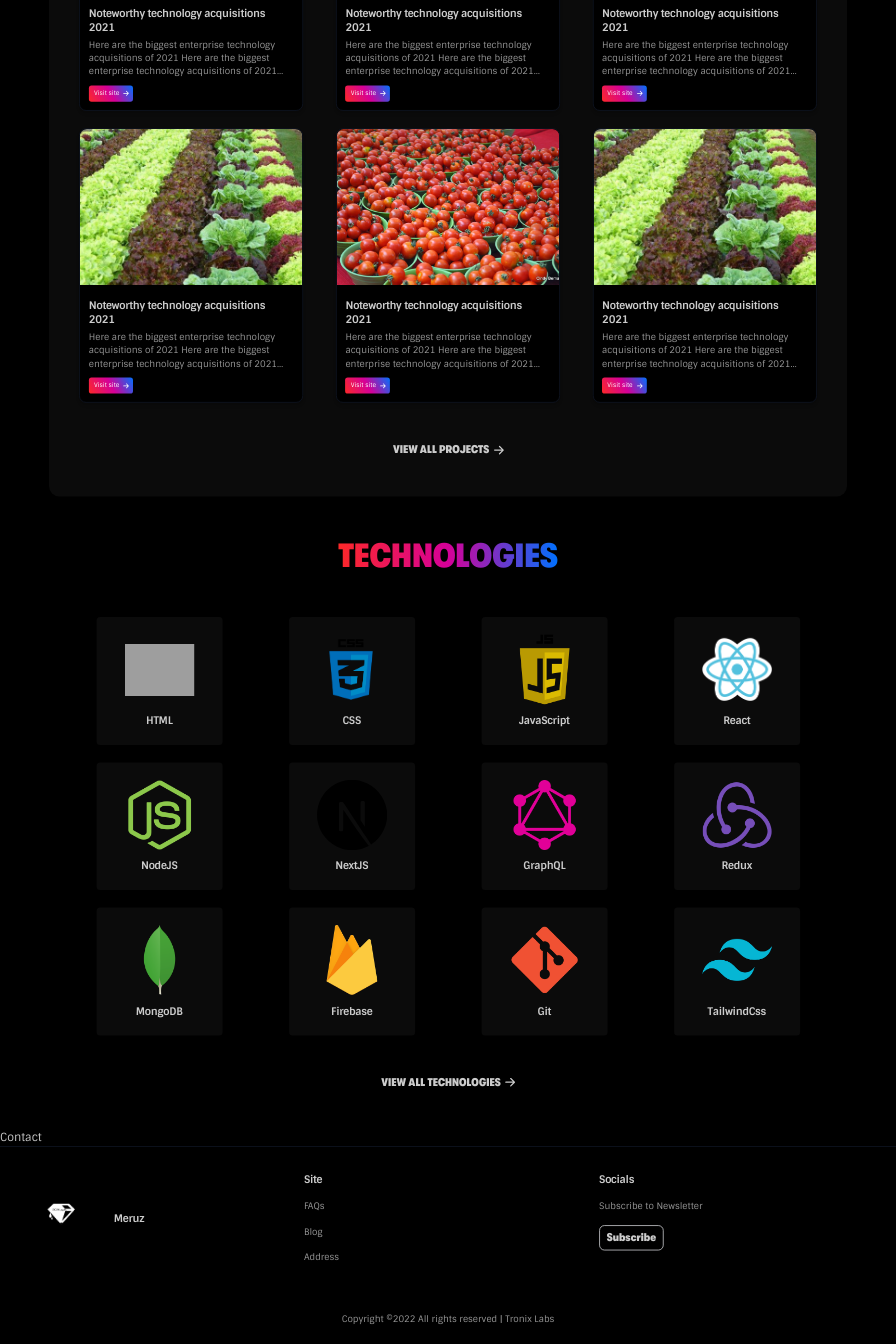
Repository: Ehceyn/ChimeruzeePortfolio
Page: /
These files come from the project's save history. The page is drawn as it stood at one moment and after the next save; the edit follows.
The browser window is 1280 px wide. The pictures show the part of the page from y = 1176 to 3096 px (the page is 3096 px tall), at 70% of full size.
Pictures or frames that could not be fetched are drawn as grey boxes. The project was rebuilt for these pictures with package versions that can differ from the ones it lists, and the page was loaded fresh each time. The framework's server and built-in components were replaced by stand-ins that run in the browser. Also part of the build but not shown: next.config.js, src/components/Timeline/Timeline.js, src/components/Accomplishments/Accomplishments.js.

Above is the page before, as saved 2022-07-05 15:45:23.

### pages/_app.js
import Layout from "../src/components/Layout/Layout";
import "../styles/global.css";

function MyApp({ Component, pageProps }) {
  return (
    <Layout>
      <Component {...pageProps} />
    </Layout>
  );
}

export default MyApp;

### pages/index.js
import MetaHead from "../src/components/MetaHead/MetaHead";
import Header from "../src/components/Header/Header";
import Hero from "../src/components/Hero/Hero";
import Projects from "../src/components/Projects/Projects";
import Technologies from "../src/components/Technologies/Technologies";
import Timeline from "../src/components/Timeline/Timeline";
import Accomplishments from "../src/components/Accomplishments/Accomplishments";
import Contact from "../src/components/Contact/Contact";
import Footer from "../src/components/Footer/Footer";

export default function Home() {
  return (
    <>
      <MetaHead
        title="Chimeruzee | Front-end developer"
        contentKeyword="web development, react development, frontend development, web design, programming"
        contentDescription="A Web designer and developer's portfolio"
      />
      <Header />
      <Hero />
      <Projects />
      <Technologies />
      {/* <Timeline />
      <Accomplishments /> */}
      <Contact />
      <Footer />
    </>
  );
}

### src/components/Layout/Layout.js
import React from "react";

function Layout({ children }) {
  return <>{children}</>;
}

export default Layout;

### styles/global.css
@font-face {
  font-family: GTWalsheimPro;
  src: url(/fonts/GTWalsheimPro-CondensedBlack/GTWalsheimPro-CondensedBlack.ttf); /* IE9 Compat Modes */
  src: url(/fonts/GTWalsheimPro-CondensedBlack/GTWalsheimPro-CondensedBlack.ttf?iefix)
      format("embedded-opentype") /* IE6-IE8 */,
    url(/fonts/GTWalsheimPro-CondensedBlack/GTWalsheimPro-CondensedBlack.woff)
      format("woff") /* Super Modern Browsers */,
    url(/fonts/GTWalsheimPro-CondensedBlack/GTWalsheimPro-CondensedBlack.woff2)
      format("woff2") /* Pretty Modern Browsers */,
    url(/fonts/GTWalsheimPro-CondensedBlack/GTWalsheimPro-CondensedBlack.ttf)
      format("truetype"); /* Safari, Android, iOS */
  font-weight: 900;
  font-style: normal;
}

@font-face {
  font-family: Sintony-Bold;
  src: url(/fonts/Sintony/Sintony-Bold.ttf); /* IE9 Compat Modes */
  font-style: normal;
}

@font-face {
  font-family: Sintony-Regular;
  src: url(/fonts/Sintony/Sintony-Regular.ttf); /* IE9 Compat Modes */
  font-style: normal;
}

@tailwind base;
@tailwind components;
@tailwind utilities;

* {
  box-sizing: border-box;
  margin: 0;
  padding: 0;
}
html {
  font-size: 62.5%;
  scroll-behavior: smooth;
  background: black;
}
body {
  font-family: Sintony-Regular, "Segoe UI", sans-serif;
  font-size: 1.6rem;
  background: black;
  color: #ccc;
  cursor: default;
  max-width: 1700px;
  margin: auto;
}
h1 {
  display: flex;
  align-items: center;
  width: 100%;
  height: fit-content;
  font-size: 5em;
  color: gray;
  background: -webkit-linear-gradient(180deg, #0070fdff, #d50098ff, #fd2828);
  -webkit-background-clip: text;
  -webkit-text-fill-color: transparent;
  flex-wrap: wrap;
}
h2 {
  display: flex;
  align-items: center;
  width: fit-content;
  height: fit-content;
  font-size: 3em;
  color: gray;
  background: -webkit-linear-gradient(180deg, #0070fdff, #d50098ff, #fd2828);
  -webkit-background-clip: text;
  -webkit-text-fill-color: transparent;
  flex-wrap: wrap;
}
h3 {
  font-family: Sintony-Bold, "Segoe UI", sans-serif;
  font-size: 1.3em;
  line-height: 1.2;
  color: #999;
}

h4 {
  font-family: Sintony-Bold, "Segoe UI", sans-serif;
  font-size: 1.3em;
  line-height: 1.2;
}

p {
  font-size: 0.8em;
  color: #999;
  line-height: 1.5;
}

h1,
h2,
h5,
h6,
button {
  font-family: GTWalsheimPro, "Segoe UI", sans-serif;
}

.card-text {
  overflow: hidden;
  text-overflow: ellipsis;
  display: -webkit-box;
  -webkit-line-clamp: 3; /* number of lines to show */
  -webkit-box-orient: vertical;
}

nav .navlinks {
  display: flex;
  align-items: center;
  width: fit-content;
  height: inherit;
  text-transform: uppercase;
  font-size: 12px;
  font-family: Sintony-Bold, "Segoe UI", sans-serif;
  cursor: pointer;
}

nav .navlinks:focus {
  color: #0070fdff;
}

a {
  text-decoration: none;
}
li {
  list-style: none;
}

.sectionStyle {
  display: flex;
  align-items: center;
  width: 100%;
  height: fit-content;
  padding: 30px 100px;
}

/* Linear Gradient background for hero image */
.background {
  background: -webkit-linear-gradient(210deg, #0070fdff, #d50098ff, #fd2828);
}
/* Linear Gradient Border for hero image */
.border-gradient {
  background: linear-gradient(210deg, #0070fdff, #d50098ff, #fd2828) border-box,
    linear-gradient(210deg, #0070fdff, #d50098ff, #fd2828) padding-box;
}

.hero {
  /* position: relative; */
  z-index: 10;
  background-color: rgba(179, 174, 174, 0.562);
}

/* .hero::before {
  content: "";
  background-size: cover;
  position: absolute;
  z-index: -1;
  top: 0px;
  right: 0px;
  bottom: 0px;
  left: 0px;
  opacity: 0.95;
  background: url("/images/meruz-bw.jpg") no-repeat center/cover;
} */

/*
   accent1: "hsl(34.9,98.6%,72.9%)",
    button: "hsl(205.1,100%,36.1%)",
    background2: "hsl(232.7,27.3%,23.7%)", */

### src/components/MetaHead/MetaHead.js
import Head from "next/head";

import React from "react";

function MetaHead(props) {
  return (
    <Head>
      <title>{props.title}</title>
      <meta name="description" content={props.contentKeyword} />
      <meta name="keywords" content={props.contentDescription} />
      <link rel="icon" href="/favicon.ico" />
    </Head>
  );
}

export default MetaHead;

### src/components/Header/Header.js
import React from "react";
import { BsGithub, BsLinkedin, BsTwitter } from "react-icons/bs";

import Image from "next/image";

function Header() {
  return (
    <header className="flex items-center justify-center w-full h-[80px] px-[70px] fixed bg-[#000000a2] backdrop-blur-md shadow-sm t-0 inset-x-0 z-30">
      <div className="flex items-center justify-between w-[inherit] h-[inherit]">
        <Image
          src="/images/immersewhite.png"
          height="40px"
          width="40px"
          alt="Logo"
          objectFit="contain"
        />
        <nav className="flex items-center w-fit h-fit space-x-4">
          <article className="navlinks hover:bg-[#2020205b] p-4 hover:rounded-lg hover:scale-105 active:scale-100 transition-all duration-200">
            Projects
          </article>
          <article className="navlinks hover:bg-[#2020205b] p-4 hover:rounded-lg hover:scale-105 active:scale-100 transition-all duration-200">
            About
          </article>
          <article className="navlinks hover:bg-[#2020205b] p-4 hover:rounded-lg hover:scale-105 active:scale-100 transition-all duration-200">
            Contact
          </article>
          <article className="navlinks hover:bg-[#2020205b] p-4 hover:rounded-lg hover:scale-105 active:scale-100 transition-all duration-200">
            Blog
          </article>
        </nav>
        <div className="flex items-center w-fit h-[inherit] space-x-4">
          <article className="cursor-pointer hover:bg-[#2020205b] p-4 hover:rounded-lg hover:scale-105 active:scale-100 transition-all duration-200">
            <BsGithub className="text-[#ccc] text-[16px]" />
          </article>
          <article className="cursor-pointer hover:bg-[#2020205b] p-4 hover:rounded-lg hover:scale-105 active:scale-100 transition-all duration-200">
            {" "}
            <BsLinkedin className="text-[#ccc] text-[16px]" />
          </article>
          <article className="cursor-pointer hover:bg-[#2020205b] p-4 hover:rounded-lg hover:scale-105 active:scale-100 transition-all duration-200">
            {" "}
            <BsTwitter className="text-[#ccc] text-[16px]" />
          </article>
        </div>
      </div>
    </header>
  );
}

export default Header;

### src/components/Hero/Hero.js
import React, { useState } from "react";
import { motion } from "framer-motion";
import Image from "next/image";
import { heroImage } from "../../../animations/animation";

function Hero() {
  const [degree, setDegree] = useState(210);
  setTimeout(() => {
    setInterval(() => {
      if (degree <= 360) {
        setDegree(degree + 5);
      } else {
        setDegree(0);
      }
    }, 1000);
  }, 5000);

  /* Linear Gradient Border for hero image */
  const borderGradient = {
    background: `linear-gradient(${degree}deg, #0070fdff, #d50098ff, #fd2828) border-box, linear-gradient(${degree}deg, #0070fdff, #d50098ff, #fd2828) padding-box`,
  };

  return (
    <section className="flex justify-between items-center w-full h-[100vh]  pt-[80px] pb-20 px-[70px] ">
      {/* <video
        src="/video/vid.mp4"
        className="absolute t-0 inset-x-0 "
        autoPlay
        loop
        muted
      ></video> */}
      <div className="w-fit leading-tight mr-[100px]">
        <h1>Howdy! </h1>
        <h1>I&apos;m Chimeruzee.</h1>
        <h3 className="flex items-center w-fit max-w-[800px] h-fit py-5 ">
          I&apos;m a creative Frontend developer. An innovative and good team
          player who loves going extra mile to deliver a project. I make things
          work.
        </h3>
      </div>
      <div className="max-w-[400px] min-w-[400px] object-contain ">
        <motion.div
          initial="initial"
          animate="animate"
          transition="transition"
          className="border-[10px] border-white rounded-full object-cover flex justify-center items-center p-[10px] "
          style={borderGradient}
        >
          <Image
            src="/images/meruz-bw.jpg"
            width="400"
            height="400"
            alt="Chimeruzee"
            objectFit="cover"
            className="rounded-full background"
          />
        </motion.div>
      </div>
    </section>
  );
}

export default Hero;

### src/components/Projects/Projects.js
import React from "react";
import Image from "next/image";

function Projects() {
  return (
    <section className="px-[70px] mt-20">
      <div className=" w-full min-h-[80vh] h-fit bg-[#2020205b] rounded-3xl py-20">
        <article className="w-full flex justify-center mb-20">
          <h2>PROJECTS</h2>
        </article>
        {/* All project cards */}
        <div className="w-full grid grid-cols-1 md:grid-cols-3 gap-x-4 gap-y-10 px-10">
          {[
            { src: "/images/test1.jpg", name: "HTML" },
            { src: "/images/test2.jpg", name: "CSS" },
            { src: "/images/test1.jpg", name: "HTML" },
            { src: "/images/test2.jpg", name: "CSS" },
            { src: "/images/test1.jpg", name: "HTML" },
            { src: "/images/test2.jpg", name: "CSS" },
          ].map((r) => (
            <div
              key={r.name}
              className="group max-w-lg bg-black w-[512px] overflow-hidden rounded-2xl border-[1px] border-gray-900 shadow-md object-cover mx-auto"
            >
              <a href="#">
                <Image
                  className="rounded-t-2xl group-hover:scale-105 transition-all duration-200"
                  src={r.src}
                  alt=""
                  width={500}
                  height={350}
                  objectFit="cover"
                />
              </a>
              <div className="p-5">
                <a href="#">
                  <h4 className="mb-2 text-2xl font-bold tracking-tight">
                    Noteworthy technology acquisitions 2021
                  </h4>
                </a>
                <p className="mb-3 w-[300px] h-30 card-text">
                  Here are the biggest enterprise technology acquisitions of
                  2021 Here are the biggest enterprise technology acquisitions
                  of 2021 technology acquisitions of 2021
                </p>
                <a
                  href="#"
                  className="inline-flex items-center py-2 px-3 text-sm font-medium text-center text-white focus:ring-4 focus:outline-none background rounded-md"
                >
                  Visit site
                  <svg
                    className="ml-2 -mr-1 w-4 h-4 group-hover:translate-x-1 transition-all duration-200 ease-in-out"
                    fill="currentColor"
                    viewBox="0 0 20 20"
                    xmlns="http://www.w3.org/2000/svg"
                  >
                    <path
                      fillRule="evenodd"
                      d="M10.293 3.293a1 1 0 011.414 0l6 6a1 1 0 010 1.414l-6 6a1 1 0 01-1.414-1.414L14.586 11H3a1 1 0 110-2h11.586l-4.293-4.293a1 1 0 010-1.414z"
                      clipRule="evenodd"
                    ></path>
                  </svg>
                </a>
              </div>
            </div>
          ))}
        </div>
        <article className="w-full flex justify-center mt-20">
          <button className="group bg-transparent py-2 px-4 uppercase inline-flex items-center">
            View all projects
            <svg
              className="ml-2 -mr-1 w-7 h-7 group-hover:translate-x-1 transition-all duration-200"
              fill="currentColor"
              viewBox="0 0 20 20"
              xmlns="http://www.w3.org/2000/svg"
            >
              <path
                fillRule="evenodd"
                d="M10.293 3.293a1 1 0 011.414 0l6 6a1 1 0 010 1.414l-6 6a1 1 0 01-1.414-1.414L14.586 11H3a1 1 0 110-2h11.586l-4.293-4.293a1 1 0 010-1.414z"
                clipRule="evenodd"
              ></path>
            </svg>
          </button>
        </article>
      </div>
    </section>
  );
}

export default Projects;

### src/components/Technologies/Technologies.js
import React from "react";
import Image from "next/image";

function Technologies() {
  return (
    <section className="px-[70px]">
      <div className=" w-full min-h-[80vh] h-fit py-20">
        <article className="w-full flex justify-center mb-20">
          <h2>TECHNOLOGIES</h2>
        </article>
        <div className="w-full grid grid-cols-2 md:grid-cols-4 gap-x-4 gap-y-10 px-10">
          {[
            { src: "/images/html.png", name: "HTML" },
            { src: "/images/css.png", name: "CSS" },
            { src: "/images/js.png", name: "JavaScript" },
            { src: "/images/react.png", name: "react" },
            { src: "/images/nodejs.png", name: "nodeJS" },
            { src: "/images/nextjs.svg", name: "nextJS" },
            { src: "/images/GraphQL-logo.png", name: "graphQL" },
            { src: "/images/redux.png", name: "Redux" },
            { src: "/images/mongodb.png", name: "MongoDB" },
            { src: "/images/firebase.png", name: "Firebase" },
            { src: "/images/git.png", name: "Git" },
            { src: "/images/tailwind.png", name: "TailwindCss" },
          ].map((r, index) => (
            <div
              key={r.name}
              className="group flex flex-col justify-center items-center bg-[#2020205b] py-10 px-16 rounded-lg shadow-md mx-auto"
            >
              <Image
                src={r.src || "/images/GraphQL-logo.png"}
                alt=""
                width={100}
                height={100}
                objectFit="contain"
              />
              <h4 className="mt-5  text-2xl font-bold tracking-tight capitalize">
                {r.name}
              </h4>
            </div>
          ))}
        </div>
        <article className="w-full flex justify-center mt-20">
          <button className="group bg-transparent py-2 px-4 uppercase inline-flex items-center">
            View all technologies
            <svg
              className="ml-2 -mr-1 w-7 h-7 group-hover:translate-x-1 transition-all duration-200"
              fill="currentColor"
              viewBox="0 0 20 20"
              xmlns="http://www.w3.org/2000/svg"
            >
              <path
                fillRule="evenodd"
                d="M10.293 3.293a1 1 0 011.414 0l6 6a1 1 0 010 1.414l-6 6a1 1 0 01-1.414-1.414L14.586 11H3a1 1 0 110-2h11.586l-4.293-4.293a1 1 0 010-1.414z"
                clipRule="evenodd"
              ></path>
            </svg>
          </button>
        </article>
      </div>
    </section>
  );
}

export default Technologies;

### src/components/Footer/Footer.js
import React from "react";
import Image from "next/image";

export default function Footer() {
  return (
    <>
      <div className="grid grid-cols-1 md:grid-cols-3 gap-x-4 gap-y-5 w-full mb-7 px-5 py-10 border-t border-gray-900">
        <article className="flex items-center">
          <Image
            src="/images/immersewhite.png"
            alt=""
            width={150}
            height={30}
            objectFit="contain"
          />
          <h4 className="mt-5 text-2xl font-bold tracking-tight capitalize">
            Meruz
          </h4>
        </article>
        <article className="space-y-7 transition-[border] duration-300 ">
          <h4 className="mt-5  text-2xl font-bold tracking-tight capitalize">
            Site
          </h4>
          <p className="cursor-pointer hover:underline hover:underline-offset-1 w-fit">
            FAQs
          </p>
          <p className="cursor-pointer hover:underline hover:underline-offset-1 w-fit">
            Blog
          </p>
          <p className="cursor-pointer hover:underline hover:underline-offset-1 w-fit">
            Address
          </p>
        </article>
        <article className="space-y-7">
          <h4 className="mt-5  text-2xl font-bold tracking-tight capitalize">
            Socials
          </h4>
          <p className="cursor-pointer hover:underline hover:underline-offset-1 w-fit">
            Subscribe to Newsletter
          </p>
          <button
            type="button"
            className=" py-2 px-4 rounded-xl border border-primary-light hover:text-primary-light"
          >
            Subscribe
          </button>
        </article>
      </div>
      <div className="w-full flex bg-secondary-darker h-[10vh] bottom-0 text-[#666666] justify-center items-center">
        <p>Copyright &copy;2022 All rights reserved | Tronix Labs </p>
      </div>
    </>
  );
}

### animations/animation.js
export const heroImage = {
  initial: {
    rotate: 0,
    // x: -100
  },
  animate: {
    rotate: 180,
    // x: 100
  },
  transition: {
    type: "tween",
    ease: "easeInOut",
    repeat: "Infinity",
    duration: 0.2,
  },
};

### tailwind.config.js
/** @type {import('tailwindcss').Config} */
module.exports = {
  mode: "jit",
  content: ["./src/**/*.{js,jsx,ts,tsx}", "./pages/**/*.{js,jsx,ts,tsx}"],
  theme: {
    extend: {},
    screens: {
      xs: "460px",
      // => @media (min-width: 460px) { ... }
      sm: "640px",
      // => @media (min-width: 640px) { ... }

      md: "768px",
      // => @media (min-width: 768px) { ... }

      md2: "1000px",
      // => @media (min-width: 1000px) { ... }

      md3: "1124px",
      // => @media (min-width: 1124px) { ... }

      lg: "1024px",
      // => @media (min-width: 1024px) { ... }

      xl: "1280px",
      // => @media (min-width: 1280px) { ... }

      "2xl": "1536px",
      // => @media (min-width: 1536px) { ... }
    },
  },
  plugins: [],
};

Loaded but not shown: pages/_document.js (common file); src/components/Contact/Contact.js (common file)

After the next save:
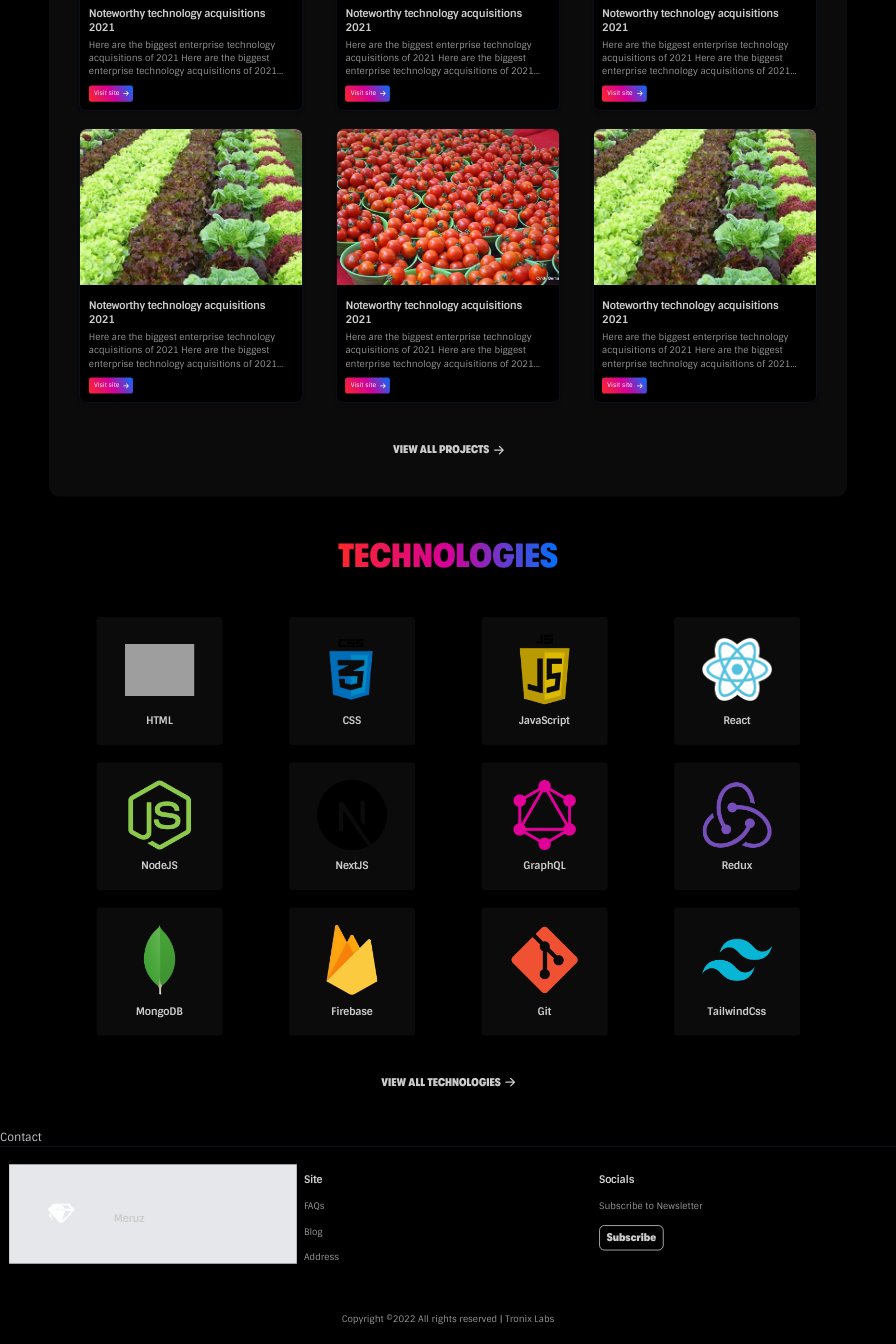
Saved 43 s later.
--- a/src/components/Footer/Footer.js
+++ b/src/components/Footer/Footer.js
@@ -5,7 +5,7 @@
   return (
     <>
       <div className="grid grid-cols-1 md:grid-cols-3 gap-x-4 gap-y-5 w-full mb-7 px-5 py-10 border-t border-gray-900">
-        <article className="flex items-center">
+        <article className="flex items-center bg-gray-200">
           <Image
             src="/images/immersewhite.png"
             alt=""
